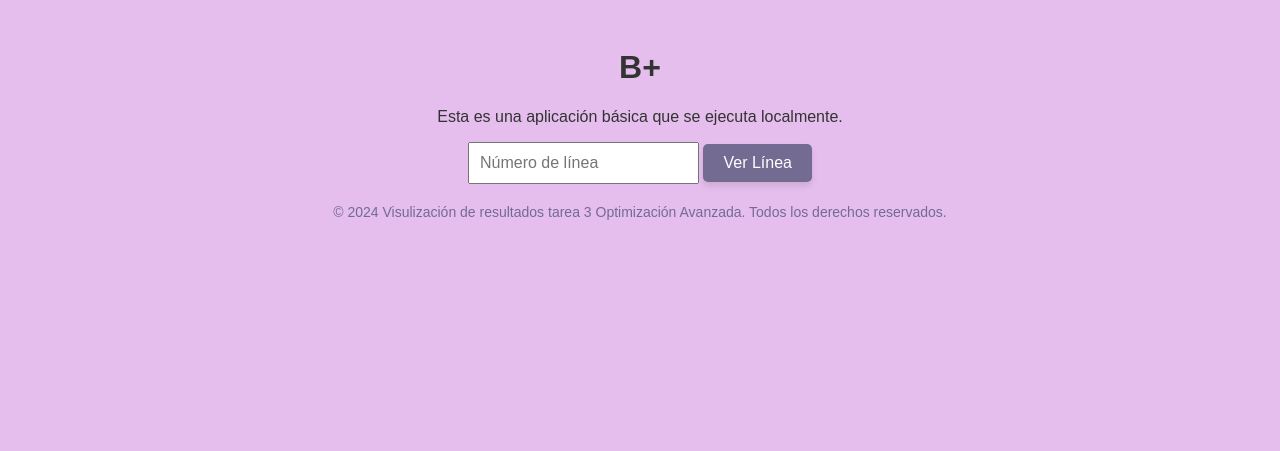
Repository: cflorido/Front_T3
Page: index.html
These files come from the project's save history. The page is drawn as it stood at one moment and after the next save; the edit follows.
The browser window is 1280 px wide. The pictures show the whole page.

Above is the page before, as saved 2024-10-22 19:16:13.

After the next save:
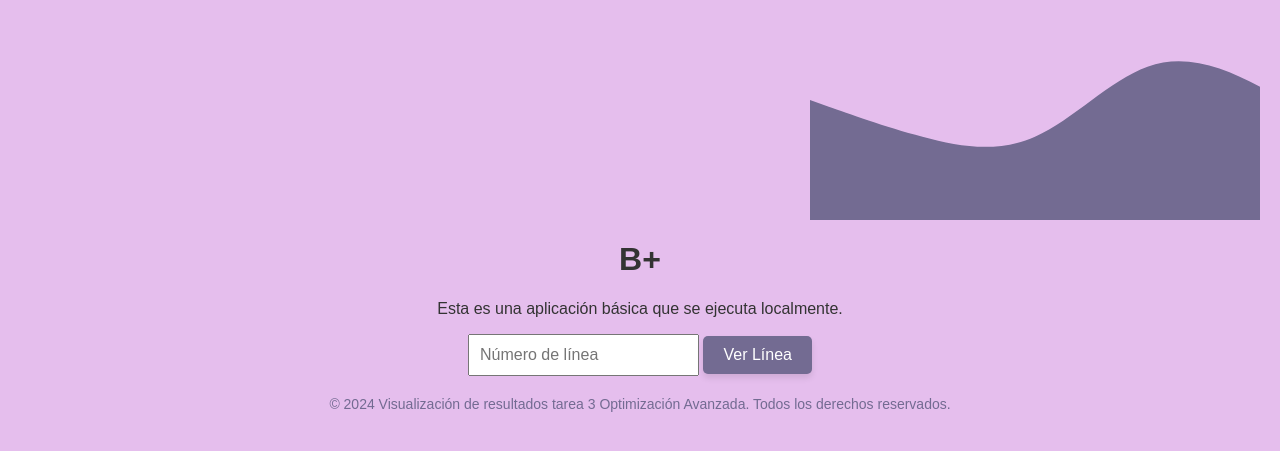
Saved 3 min 49 s later.
--- a/index.html
+++ b/index.html
@@ -11,6 +11,7 @@
             color: #333;
             text-align: center;
             padding: 20px;
+            margin: 0; /* Elimina el margen del body */
         }
         button {
             padding: 10px 20px;
@@ -67,9 +68,30 @@
             font-size: 14px;
             color: #736B92; /* Color del texto del pie de página */
         }
+        /* Estilos para las olas */
+        .waves {
+            position: relative;
+            width: 100%;
+            height: 200px; /* Altura de las olas */
+            overflow: hidden;
+            background: #E5BEED; /* Fondo de las olas */
+        }
+        .waves svg {
+            position: absolute;
+            bottom: 0;
+            width: 100%;
+            height: 100%;
+            fill: #736B92; /* Color de las olas */
+        }
     </style>
 </head>
 <body>
+    <div class="waves">
+        <svg viewBox="0 0 1440 320">
+            <path d="M0,128L30,138.7C60,149,120,171,180,186.7C240,203,300,213,360,186.7C420,160,480,96,540,74.7C600,53,660,75,720,106.7C780,139,840,181,900,186.7C960,192,1020,160,1080,133.3C1140,107,1200,85,1260,74.7C1320,64,1380,64,1410,64L1440,64L1440,320L1410,320C1380,320,1320,320,1260,320C1200,320,1140,320,1080,320C1020,320,960,320,900,320C840,320,780,320,720,320C660,320,600,320,540,320C480,320,420,320,360,320C300,320,240,320,180,320C120,320,60,320,30,320L0,320Z"></path>
+        </svg>
+    </div>
+
     <h1>B+</h1>
     <p>Esta es una aplicación básica que se ejecuta localmente.</p>
 
@@ -79,7 +101,7 @@
     <div id="contenido"></div>
 
     <div class="footer">
-        <p>&copy; 2024 Visulización de resultados tarea 3 Optimización Avanzada. Todos los derechos reservados.</p>
+        <p>&copy; 2024 Visualización de resultados tarea 3 Optimización Avanzada. Todos los derechos reservados.</p>
     </div>
 
     <script>
@@ -168,8 +190,8 @@
             contenidoDiv.appendChild(tabla);
         }
 
-        // Cargar el contenido del archivo al inicio
-        cargarContenido();
+        // Cargar el contenido al iniciar la página
+        window.onload = cargarContenido;
     </script>
 </body>
 </html>

After the save that followed:
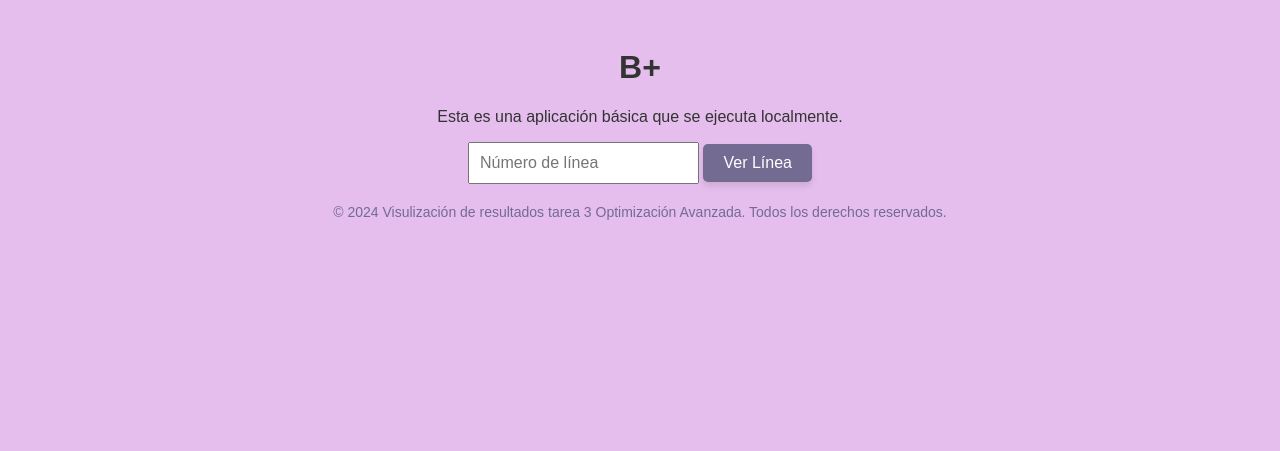
Saved 11 s later.
--- a/index.html
+++ b/index.html
@@ -11,7 +11,6 @@
             color: #333;
             text-align: center;
             padding: 20px;
-            margin: 0; /* Elimina el margen del body */
         }
         button {
             padding: 10px 20px;
@@ -68,30 +67,9 @@
             font-size: 14px;
             color: #736B92; /* Color del texto del pie de página */
         }
-        /* Estilos para las olas */
-        .waves {
-            position: relative;
-            width: 100%;
-            height: 200px; /* Altura de las olas */
-            overflow: hidden;
-            background: #E5BEED; /* Fondo de las olas */
-        }
-        .waves svg {
-            position: absolute;
-            bottom: 0;
-            width: 100%;
-            height: 100%;
-            fill: #736B92; /* Color de las olas */
-        }
     </style>
 </head>
 <body>
-    <div class="waves">
-        <svg viewBox="0 0 1440 320">
-            <path d="M0,128L30,138.7C60,149,120,171,180,186.7C240,203,300,213,360,186.7C420,160,480,96,540,74.7C600,53,660,75,720,106.7C780,139,840,181,900,186.7C960,192,1020,160,1080,133.3C1140,107,1200,85,1260,74.7C1320,64,1380,64,1410,64L1440,64L1440,320L1410,320C1380,320,1320,320,1260,320C1200,320,1140,320,1080,320C1020,320,960,320,900,320C840,320,780,320,720,320C660,320,600,320,540,320C480,320,420,320,360,320C300,320,240,320,180,320C120,320,60,320,30,320L0,320Z"></path>
-        </svg>
-    </div>
-
     <h1>B+</h1>
     <p>Esta es una aplicación básica que se ejecuta localmente.</p>
 
@@ -101,7 +79,7 @@
     <div id="contenido"></div>
 
     <div class="footer">
-        <p>&copy; 2024 Visualización de resultados tarea 3 Optimización Avanzada. Todos los derechos reservados.</p>
+        <p>&copy; 2024 Visulización de resultados tarea 3 Optimización Avanzada. Todos los derechos reservados.</p>
     </div>
 
     <script>
@@ -190,8 +168,8 @@
             contenidoDiv.appendChild(tabla);
         }
 
-        // Cargar el contenido al iniciar la página
-        window.onload = cargarContenido;
+        // Cargar el contenido del archivo al inicio
+        cargarContenido();
     </script>
 </body>
 </html>
